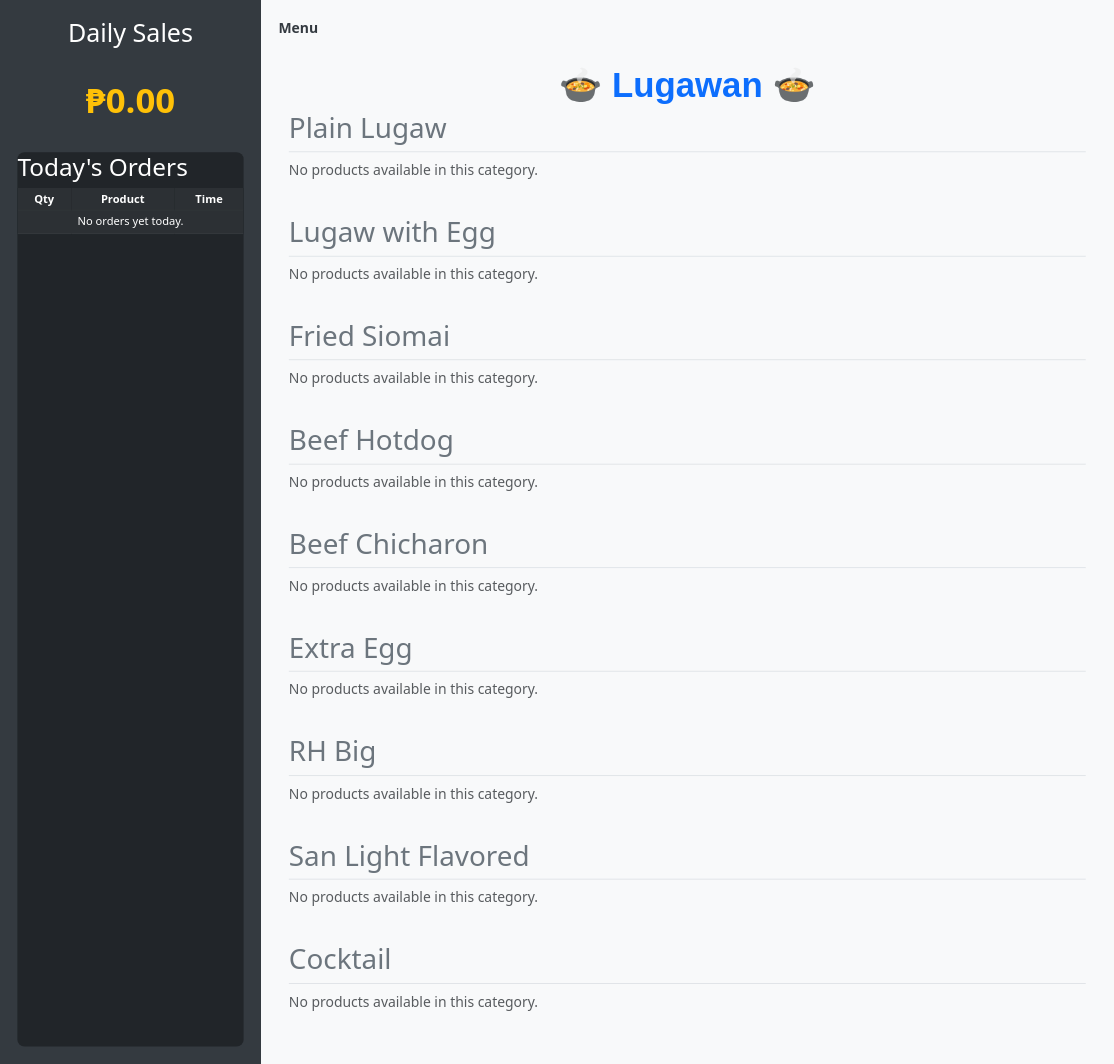
Repository: Jijiluzana225/lugawan_pitlane
Page: http://localhost/menu/
An editor plug-in stored every save of this project. The page is shown before and after the next save, followed by the edit.
The browser window is 1280 px wide. The pictures show the whole page, at 87% of full size.
The page is served by the project's application, run on Django 5.2 (manage.py). The page reads the database file committed with the project.

Above is the page before, as saved 2025-03-06 10:37:23.

After the next save:
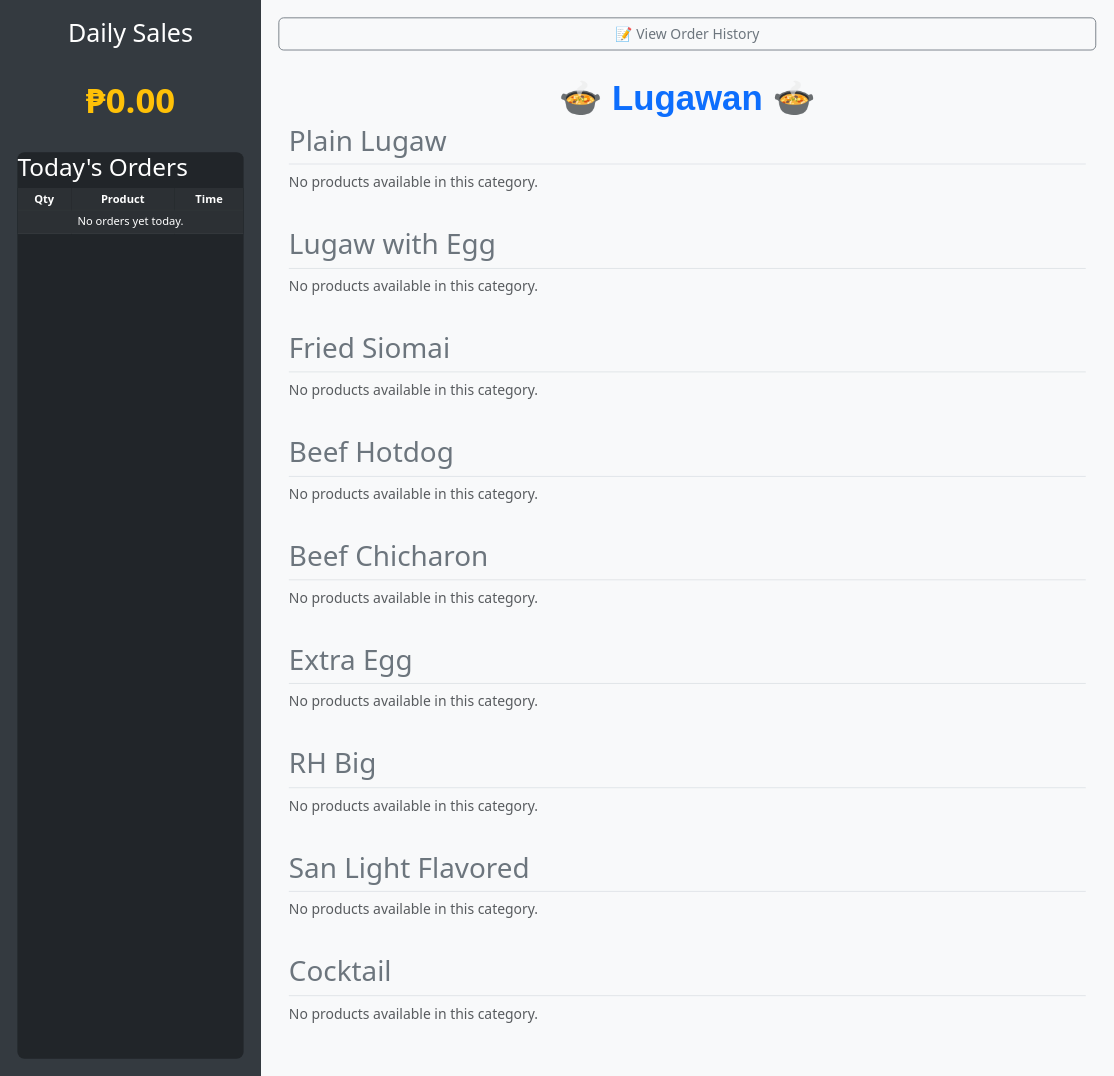
Saved 89 s later.
--- a/pos/templates/pos/base.html
+++ b/pos/templates/pos/base.html
@@ -170,7 +170,8 @@
 
     <div class="main-content">
         <nav>
-            <a href="{% url 'menu' %}">Menu</a>
+            <a href="{% url 'order_history' %}" class="btn btn-outline-secondary w-100">📝 View Order History</a>
+
         </nav>
 
         {% block content %}{% endblock %}
